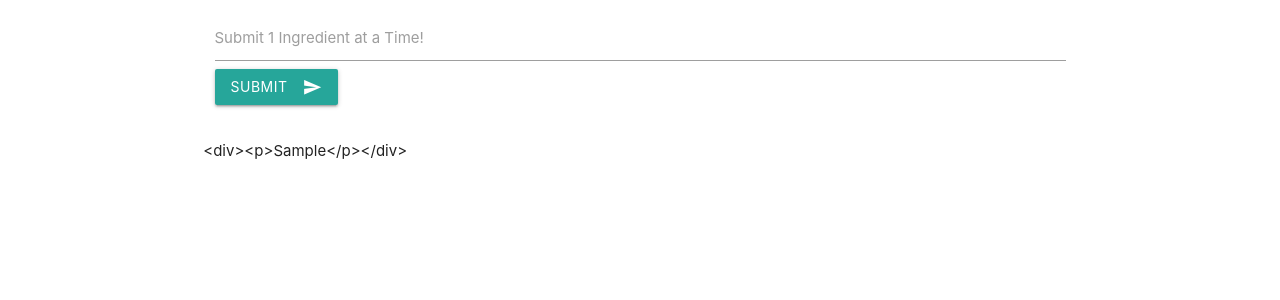
Repository: Aaron-R-Carter/Project1
Page: prototype.html
An editor plug-in stored every save of this project. The page is shown before and after the next save, followed by the edit.
The browser window is 1280 px wide. The pictures show the whole page.
Empty fields were first filled with sample values (such as "Sample", 5 or name@example.com).
After loading, the first visible `#form-column` was submitted once.

Above is the page before, as saved 2019-11-02 13:25:53.

After the next save:
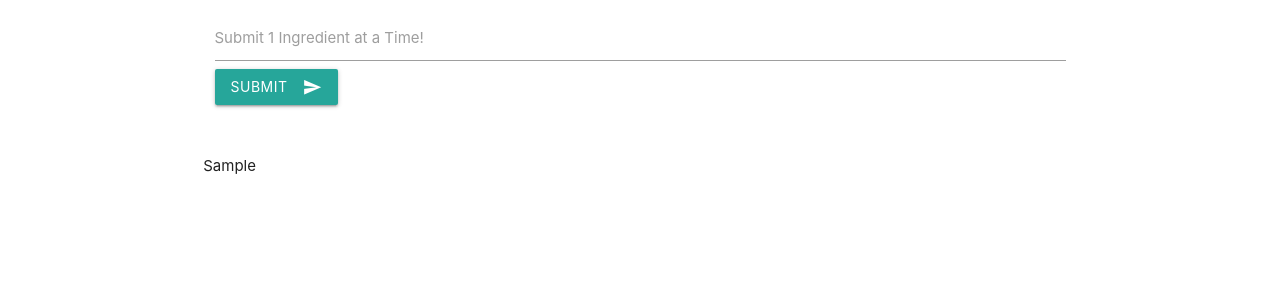
Saved 99 s later.
--- a/Prototype.js
+++ b/Prototype.js
@@ -18,7 +18,10 @@ form.on("submit", function(event){
 function renderChips(){
    //create html element;
    var chipsColumn = $("#chips-column");
-   chipsColumn.text(`<div><p>${input.val()}</p></div>`);
+   var div = $("<div>");
+   var p = $("<p>").text(input.val());
+   div.append(p);
+   chipsColumn.append(div);
 
 
 }
